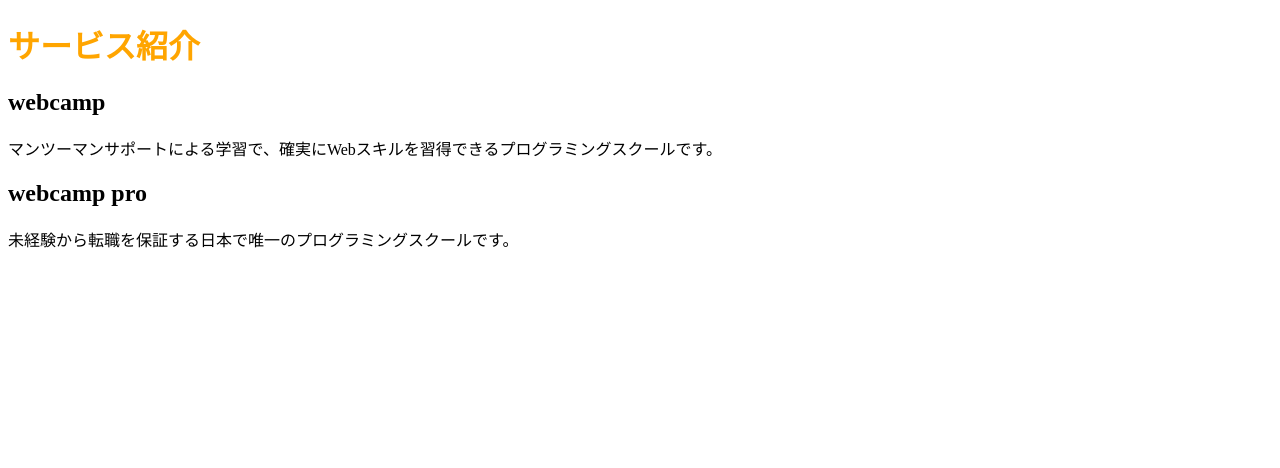
Repository: kawashimq/git-practice
Page: practice/practice.html
The author's editor kept a record of every edit. The page is drawn from the files as they stood at one moment, then again after the next edit.
The browser window is 1280 px wide. The pictures show the whole page.

Above is the page before.

### practice/practice.html
<!DOCTYPE HTML>
<html lang="ja">
  <head>
    <meta charset="UTF-8" />
    <title>演習問題</title>

    <link rel="stylesheet" href="practice.css" />
  </head>

  <body>
    <h1>サービス紹介</h1>

    <h2>webcamp</h2>
    <p>マンツーマンサポートによる学習で、確実にWebスキルを習得できるプログラミングスクールです。</p>
    <a href="https://www.youtube.com"></a>

    <h2>webcamp pro</h2>
    <p>未経験から転職を保証する日本で唯一のプログラミングスクールです。</p>
    <a href="https://www.youtube.com"></a>
    <h2></h2>
</html>

Loaded but not shown: practice/practice.css (common file)

After the next edit:
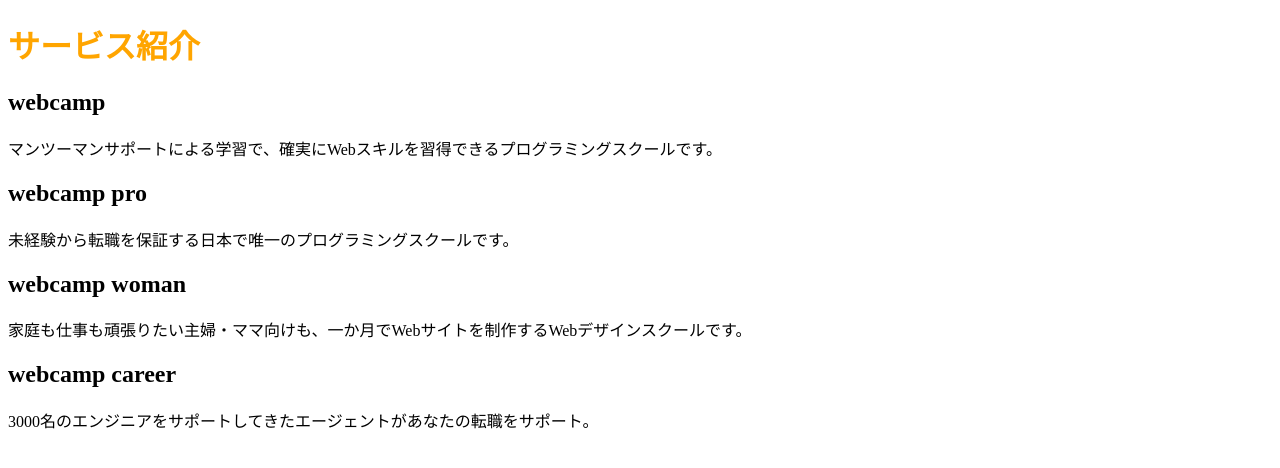
The edit:
--- a/practice/practice.html
+++ b/practice/practice.html
@@ -17,5 +17,12 @@
     <h2>webcamp pro</h2>
     <p>未経験から転職を保証する日本で唯一のプログラミングスクールです。</p>
     <a href="https://www.youtube.com"></a>
-    <h2></h2>
+
+    <h2>webcamp woman</h2>
+    <p>家庭も仕事も頑張りたい主婦・ママ向けも、一か月でWebサイトを制作するWebデザインスクールです。</p>
+    <a href="https://www.youtube.com"></a>
+
+    <h2>webcamp career</h2>
+    <p>3000名のエンジニアをサポートしてきたエージェントがあなたの転職をサポート。</p>
+    <a href="https://www.youtube.com"></a>
 </html>
